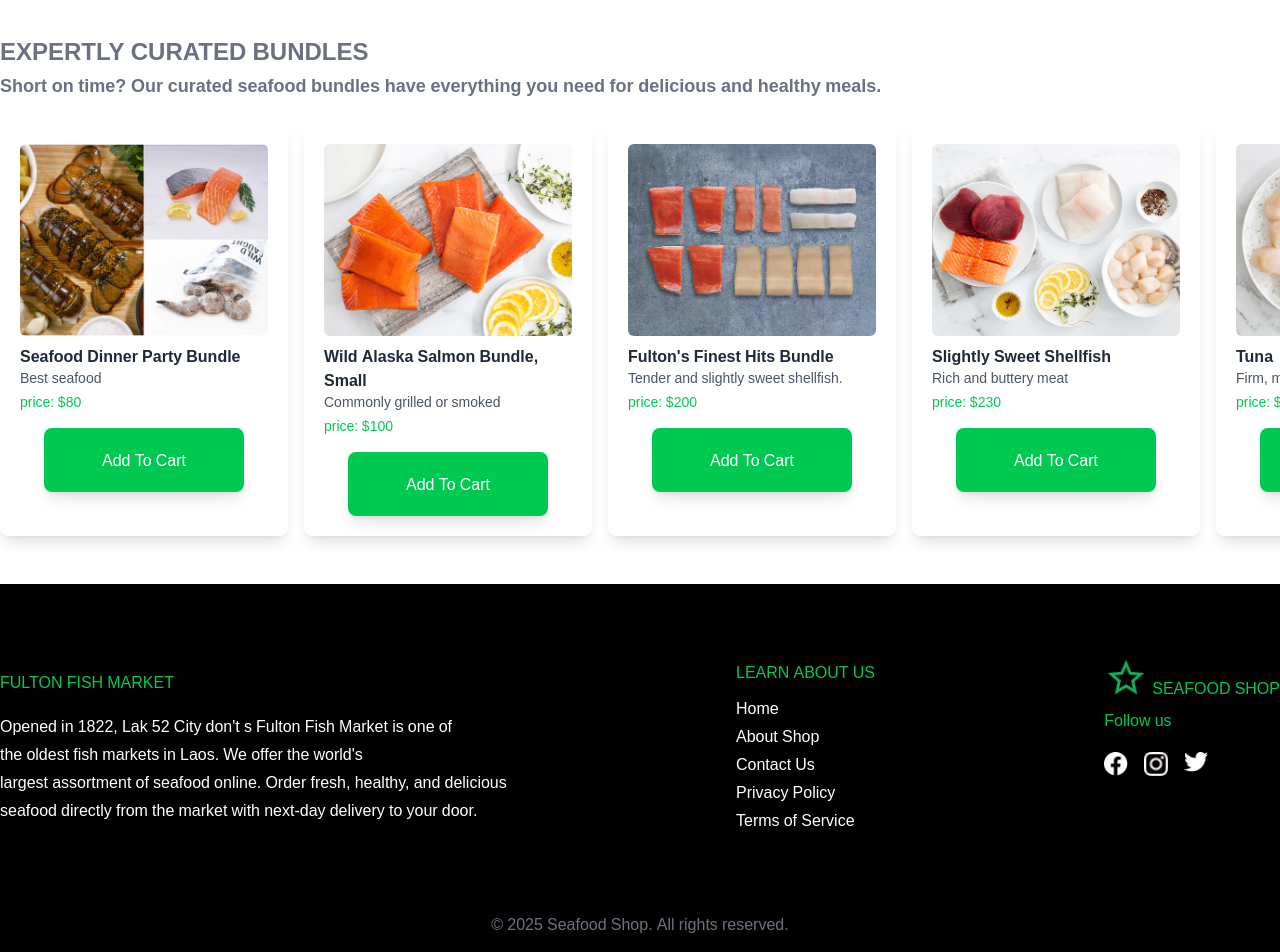
Repository: KongRucifer/SeaFood-Shop
Page: /modules/home/views
An editor plug-in stored every save of this project. The page is shown before and after the next save, followed by the edit.
The browser window is 1280 px wide. The pictures show the part of the page from y = 2388 to 3340 px (the page is 3340 px tall before and 3316 px after).
The project was rebuilt for these pictures with package versions that can differ from the ones it lists, and the page was loaded fresh each time. The framework's server and built-in components were replaced by stand-ins that run in the browser. Also part of the build but not shown: next.config.ts.

Above is the page before, as saved 2025-06-26 07:41:45.

After the next save:
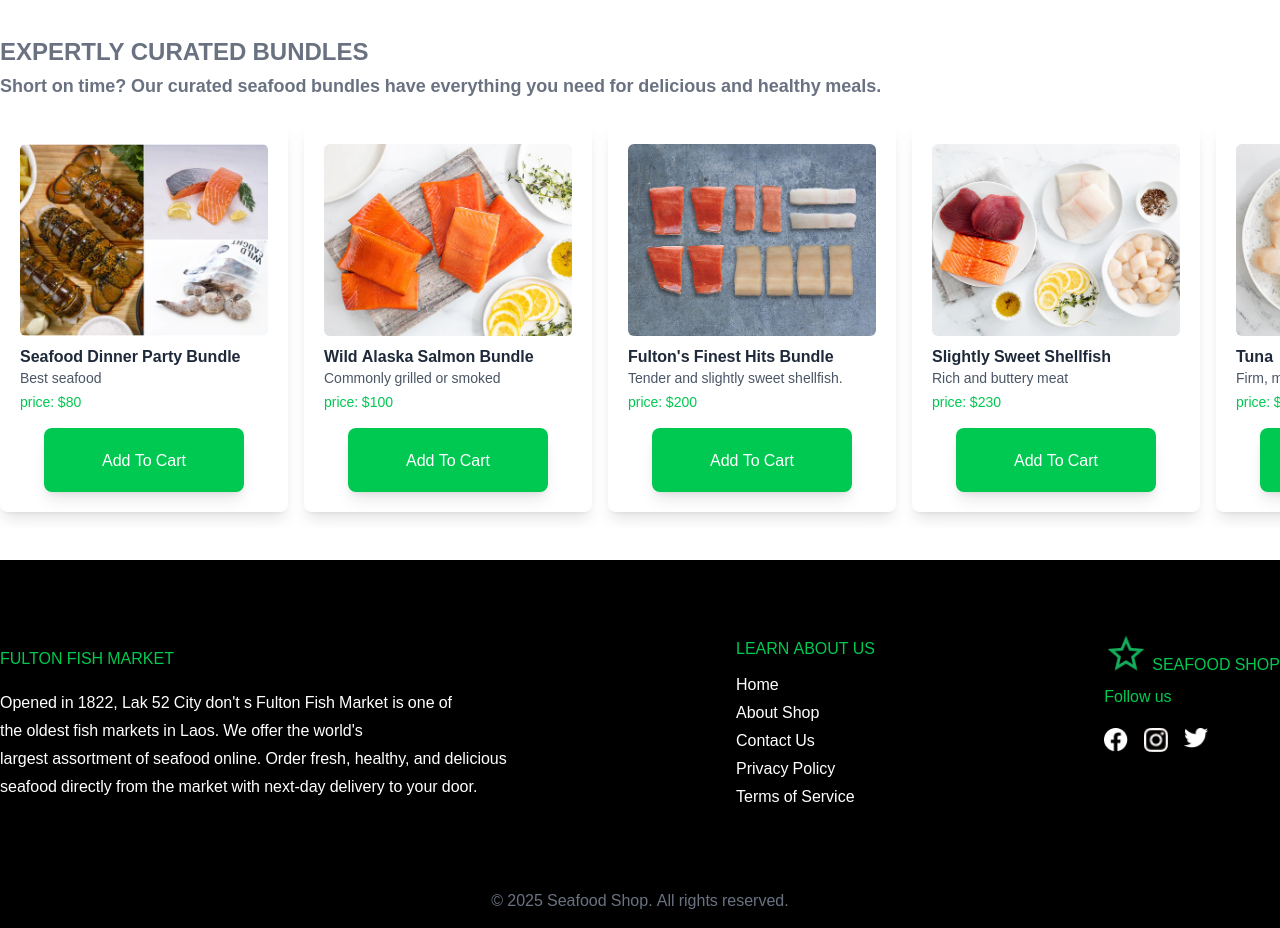
Saved 57 s later.
--- a/src/app/modules/home/components/Healthy_Meals.component.tsx
+++ b/src/app/modules/home/components/Healthy_Meals.component.tsx
@@ -49,7 +49,7 @@ export default function Healthy_Meals() {
           />
           <div className="mt-2">
             <h4 className="font-semibold text-gray-800">
-              Wild Alaska Salmon Bundle, Small
+              Wild Alaska Salmon Bundle
             </h4>
             <p className="text-sm text-gray-600">Commonly grilled or smoked</p>
             <p className="text-sm text-green-500 mt-1">price: $100</p>
